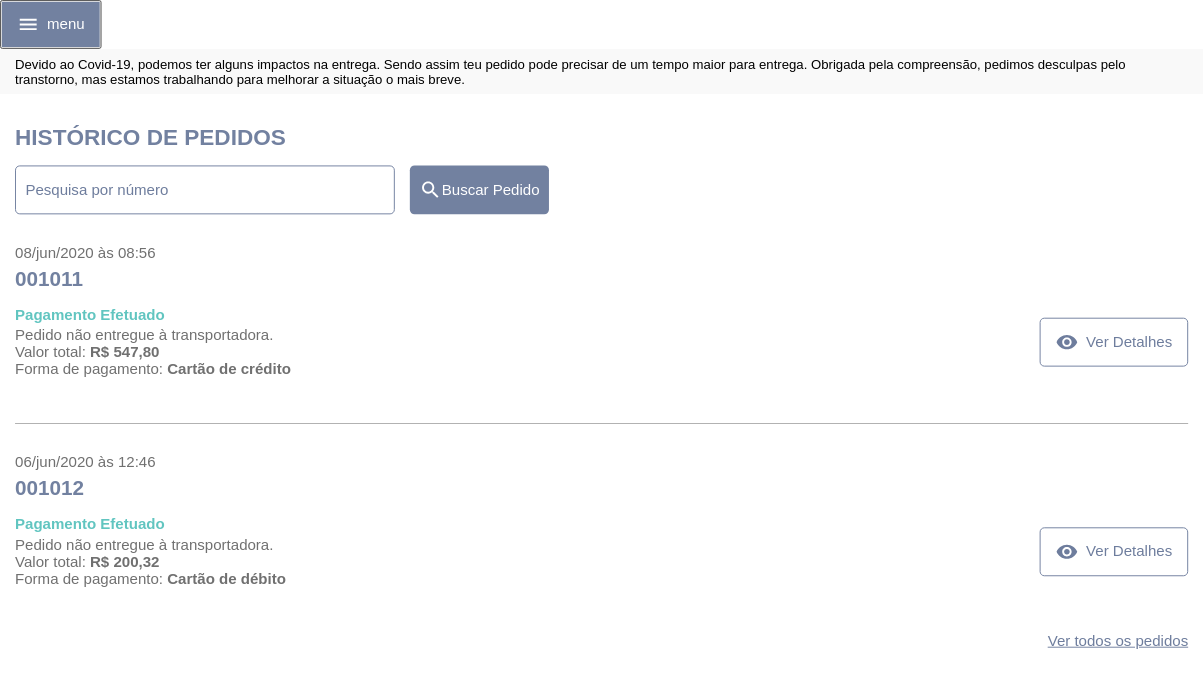
Repository: indiamarasiqueira/gestao-produto
Page: /
An editor plug-in stored every save of this project. The page is shown before and after a run of saves, followed by the edit.
The browser window is 1280 px wide. The pictures show the whole page, at 94% of full size.
The project was rebuilt for these pictures with package versions that can differ from the ones it lists, and the page was loaded fresh each time. Also part of the build but not shown: src/pages/generic/style.js, src/pages/generic/index.js, src/components/ModalMenu/index.js.

Above is the page before, as saved 2020-07-07 10:50:57.

### src/global.js
import { createGlobalStyle } from "styled-components";

const GlobalStyle = createGlobalStyle`
    * {
        margin: 0;
        padding: 0;
        outline: 0;
        box-sizing: border-box;
    }
   html, body, #root {
    margin: 0;
    padding: 0;
    font-family: 'Montserrat', sans-serif;
    -webkit-font-smoothing: antialiased;
    -moz-osx-font-smoothing: grayscale;
    background-color: #ffffff;
    }
`;
export default GlobalStyle;

### src/routes.js
import React from "react";
import { BrowserRouter, Switch, Route } from "react-router-dom";

import GenericPage from "./pages/generic";
import AppMenu from "./components/AppMenu";
import OrderHistory from "./pages/orderHistory";
import AlertCovid from "./components/AlertCovid";

export default function Routes() {
  return (
    <BrowserRouter>
      <Switch>
        <Route path="*">
          <AppMenu />
          <AlertCovid />
          <Route path="/perfil" exact component={() => <GenericPage title="Meu Perfil" />} />
          <Route path="/localizacao" exact component={() => <GenericPage title="Meus endereços" />} />
          <Route path="/favoritos" exact component={() => <GenericPage title="Lista de favoritos" />} />
          <Route path={["/", "/pedidos"]} exact component={OrderHistory} />
        </Route>
      </Switch>
    </BrowserRouter>
  );
}

### src/components/AppMenu/index.js
import React, { useState } from "react";
import { useHistory } from "react-router-dom";

import MenuIcon from "@material-ui/icons/Menu";
import LockOpenIcon from "@material-ui/icons/LockOpen";
import HistoryIcon from "@material-ui/icons/History";
import RoomOutlinedIcon from "@material-ui/icons/RoomOutlined";
import FavoriteBorderIcon from "@material-ui/icons/FavoriteBorder";
import CloseIcon from "@material-ui/icons/Close";

import ModalMenu from '../ModalMenu/index';

import {
  MenuMain,
  Button,
  BoxIcon,
  MainMenu,
  UserInfo,
  UserInfoName,
  UserInfoEmail,
  MenuList,
  MenuListItem,
  MenuIconImage
} from "./style";

const AppMenu = () => {
  const history = useHistory();
  const [show, showModal] = useState(false);
  const navigate = (route) => {
    history.push(route);
    showModal(false);
  }

  return (
    <MenuMain>
      <Button onClick={() => showModal(!show)}>
        <BoxIcon>{show ? <CloseIcon /> : <MenuIcon />}</BoxIcon>
        menu
      </Button>
      <ModalMenu show={show}>
        <MainMenu>
          <UserInfo>
            <UserInfoName>Caroline Melinda W Effting</UserInfoName>
            <UserInfoEmail>effting.caroline@gmail.com</UserInfoEmail>
          </UserInfo>
          <MenuList>
            <MenuListItem onClick={() => navigate("/perfil")}>
              <MenuIconImage>
                <LockOpenIcon />
              </MenuIconImage>
              <span className="menu-label">meu perfil</span>
            </MenuListItem>
            <MenuListItem onClick={() => navigate("/pedidos")}>
              <MenuIconImage>
                <HistoryIcon />
              </MenuIconImage>
              <span className="menu-label">histórico de pedidos</span>
            </MenuListItem>
            <MenuListItem onClick={() => navigate("/localizacao")}>
              <MenuIconImage>
                <RoomOutlinedIcon />
              </MenuIconImage>
              <span className="menu-label">meus endereços</span>
            </MenuListItem>
            <MenuListItem onClick={() => navigate("/favoritos")}>
              <MenuIconImage>
                <FavoriteBorderIcon />
              </MenuIconImage>
              <span className="menu-label">lista de favoritos</span>
            </MenuListItem>
          </MenuList>
        </MainMenu>
      </ModalMenu>
    </MenuMain>
  );
};
export default AppMenu;

### src/pages/orderHistory/index.js
import React, { Fragment, useState } from "react";

import BoxSearch from "../../components/BoxSearch/index";
import HeaderTitle from "../../components/HeaderTitle";
import Order from "../../components/Order/index";

const OrderHistory = () => {
  const [value, setValue] = useState("");
  const [query, setQuery] = useState("");
  const handleChange = (e) => setValue(e.target.value);

  const handleSubmit = (e) => {
    e.preventDefault();
    setQuery(value);
  };

  return (
    <Fragment>
      <HeaderTitle>HISTÓRICO DE PEDIDOS</HeaderTitle>
      <BoxSearch value={value} handleChange={handleChange} handleSubmit={handleSubmit} />
      <Order query={query} />
    </Fragment>
  );
};
export default OrderHistory;

### src/components/AlertCovid/index.js
import React from "react";

import { Alert } from './style';

const AlertCovid = () => {
  return (
    <Alert>
      Devido ao Covid-19, podemos ter alguns impactos na entrega. Sendo assim teu pedido pode precisar de um tempo maior
      para entrega. Obrigada pela compreensão, pedimos desculpas pelo transtorno, mas estamos trabalhando para melhorar
      a situação o mais breve.
    </Alert>
  );
};
export default AlertCovid;

### src/components/HeaderTitle/index.js
import React from "react";

import { Title } from "./style";

const HeaderTitle = (props) => {
  return <Title>{props.children}</Title>;
};
export default HeaderTitle;

### src/components/AppMenu/style.js
import styled from "styled-components";

export const MenuMain = styled.button`


`;
export const Button = styled.button`
  display: flex;
  align-items: center;
  justify-content: start;
  padding: 12px 16px;
  border: none;
  background: #7281A0;
  width: 100%;
  color: #ffffff;
  font-size: 16px;
  transition: all 0.2s ease-out;
  height: 48px;

  :hover{
    color: #7281A0;
    background: #F4F4F4;
  }
`;
export const BoxIcon = styled.div`
  display: inline-block;
  margin-right: 8px;
  height: 24px;
`;
export const MainMenu = styled.div`
  color: #717171;
  padding: 0 16px;
  border-bottom: 1px solid rgba(0, 0, 0, 0.3);
  position: fixed;
  top: 48px;
  left: 0;
  right: 0;
  bottom: 0;
  background: #fff;
`;

// User
export const UserInfo = styled.div`
  padding: 16px 0;
`;
export const UserInfoName = styled.p`
  margin-bottom: 8px;
`;
export const UserInfoEmail = styled.p``;
// Menu
export const MenuList = styled.nav``;

export const MenuListItem = styled.a`
  display: flex;
  align-items: center;
  padding: 16px 0;
  border-top: 1px solid rgba(0, 0, 0, 0.3);

  :hover{
    color: #707070;
    background: #F4F4F4;
  }
`;
export const MenuIconImage = styled.i`
  padding-left: 4px;
  padding-right: 16px;
`;

### src/components/BoxSearch/index.js
import React from "react";

import { Box, InputText, ButtonSearch } from "./style";
import SearchIcon from "@material-ui/icons/Search";

const BoxSearch = (props) => {
  return (
    <Box onSubmit={props.handleSubmit}>
      <InputText
        type="number"
        placeholder="Pesquisa por número"
        value={props.value}
        onChange={props.handleChange}
      />
      <ButtonSearch type="submit">
        <SearchIcon />
        <span className="search-text">Buscar Pedido</span>
      </ButtonSearch>
    </Box>
  );
};
export default BoxSearch;

### src/components/Order/index.js
import React, { useState } from "react";

import VisibilityIcon from "@material-ui/icons/Visibility";
import orderData from '../../db.json'

import {
  Empty,
  OrderList,
  OrderListItem,
  OrderDate,
  OrderId,
  OrderBox,
  OrderInfo,
  OrderStatus,
  ButtonOutline,
  OrderAll,
} from "./style";

const findOrder = (detail, query) => {
  const list = orderData.data;

  if (query){
    const regex = new RegExp(query);

    return list.filter(item => regex.test(item.id))
  }

  return detail ? orderData.data : orderData.data.slice(0, 2);
}


const Order = ({query}) => {
  const [detail, setDetail] = useState(false);
  const list = findOrder(detail, query)

  if (!list.length) {
    return <Empty>nenhum pedido encontrado :(</Empty>
  }

  return (
    <OrderList>
      {list.map((item, key) => (
        <OrderListItem key={key}>
          <OrderDate>{item.date}</OrderDate>
          <OrderId>{item.id}</OrderId>
          <OrderBox>
            <OrderInfo>
              <OrderStatus>{item.title}</OrderStatus>
              <p>
                {item.description}
                <br />
                Valor total: <b>R$ {item.price} </b>
                <br />
                Forma de pagamento: <b>{item.payment}</b>
              </p>
            </OrderInfo>
            <ButtonOutline>
              <VisibilityIcon />
              Ver Detalhes
            </ButtonOutline>
          </OrderBox>
        </OrderListItem>
      ))}
      {!detail && <OrderAll onClick={setDetail}>Ver todos os pedidos</OrderAll>}
    </OrderList>
  );
};
export default Order;

### src/components/AlertCovid/style.js
import styled from "styled-components";


// Main Page
export const Alert = styled.div`
  background: #f9f9f9;
  padding: 8px 16px;
  font-size: 14px;
`;

### src/components/HeaderTitle/style.js
import styled from "styled-components";

export const Title = styled.h1`
  color: #7281a0;
  padding: 16px;
  margin-top: 16px;
  font-weight: bold;
  font-size: 24px;
`;

### src/components/BoxSearch/style.js
import styled from "styled-components";

export const Box = styled.form`
  padding: 0 16px;
  display: flex;
  align-items: center;
  justify-content: space-between;
  max-width: 600px;

`;
export const InputText = styled.input`
  flex: 1;
  color: #7281a0;
  height: 52px;
  border-radius: 5px;
  border: 1px solid #6e7d9d;
  font-size: 16px;
  padding-left: 10px;

  ::placeholder {
    color: #6e7d9d;
  }
`;
export const ButtonSearch = styled.button`
  background: #7281a0;
  border-radius: 5px;
  height: 52px;
  border: none;
  margin-left: 16px;
  padding: 10px;
  color: #ffffff;
  font-size: 16px;
  display: flex;
  align-items: center;
  justify-content: center;

  @media all and (max-width: 600px){
    .search-text{
      display: none;
    }
  }
`;

### src/db.json
{
  "data": [
    {
      "id": "001011",
      "date": "08/jun/2020 às 08:56",
      "title": "Pagamento Efetuado",
      "description": "Pedido não entregue à transportadora.",
      "price": "547,80",
      "payment": "Cartão de crédito"

    },
    {
      "id": "001012",
      "date": "06/jun/2020 às 12:46",
      "title": "Pagamento Efetuado",
      "description": "Pedido não entregue à transportadora.",
      "price": "200,32",
      "payment": "Cartão de débito"
    },
    {
      "id": "001013",
      "date": "04/jun/2020 às 09:30",
      "title": "Pagamento Efetuado",
      "description": "Pedido não entregue à transportadora.",
      "price": "150,60",
      "payment": "Cartão de crédito"
    },
    {
      "id": "001014",
      "date": "29/mai/2020 às 17:30",
      "title": "Pagamento Efetuado",
      "description": "Pedido não entregue à transportadora.",
      "price": "83,58",
      "payment": "Cartão de débito"
    }
  ]

}

### src/components/Order/style.js
import styled from "styled-components";

export const Empty = styled.div`
  padding: 16px;
  color: #ccc;
  text-align: center;
`;
export const OrderList = styled.div`
  padding: 0 16px;
`;
export const OrderListItem = styled.div`
  padding: 32px 0;
  border-top: 1px solid rgba(0, 0, 0, 0.3);

  &:first-of-type {
    border-top-width: 0;
  }


`;
export const OrderDate = styled.p`
  color: #707070;
  font-size: 16px;
`;
export const OrderId = styled.p`
  padding-top: 6px;
  color: #7281a0;
  font-size: 22px;
  font-weight: bold;
`;
export const OrderBox = styled.div`

  @media all and (min-width: 600px){
    display: flex;
    align-items: center;
  }
`;
export const OrderInfo = styled.div`
  flex: 1;
  margin: 16px 0;
  color: #707070;

`;
export const OrderStatus = styled.p`
  color: #61c5c0;
  margin-bottom: 4px;
  font-weight: bold;
`;
export const ButtonOutline = styled.div`
  border-radius: 5px;
  border: 1px solid #6e7d9d;
  height: 52px;
  display: flex;
  align-items: center;
  justify-content: center;
  color: #6e7d9d;
  padding: 8px 16px;

  svg {
    margin-right: 8px;
  }
`;
export const OrderAll = styled.button`
  color: #6E7D9D;
  margin-bottom: 32px;
  background: none;
  border: none;
  text-decoration: underline;
  width: 100%;
  display: flex;
  align-items: center;
  justify-content: flex-end;
  font-size: 16px;
`;

### src/pages/orderHistory/style.js
import styled from "styled-components";

export const MenuMain = styled.button`

  @media all and (min-width: 600px) {
    display: grid;
    grid-template-columns: 1fr 1fr;
    height: 100%;
  }
`;

Loaded but not shown: public/index.html (common file); src/index.js (common file)

After the next 3 saves:
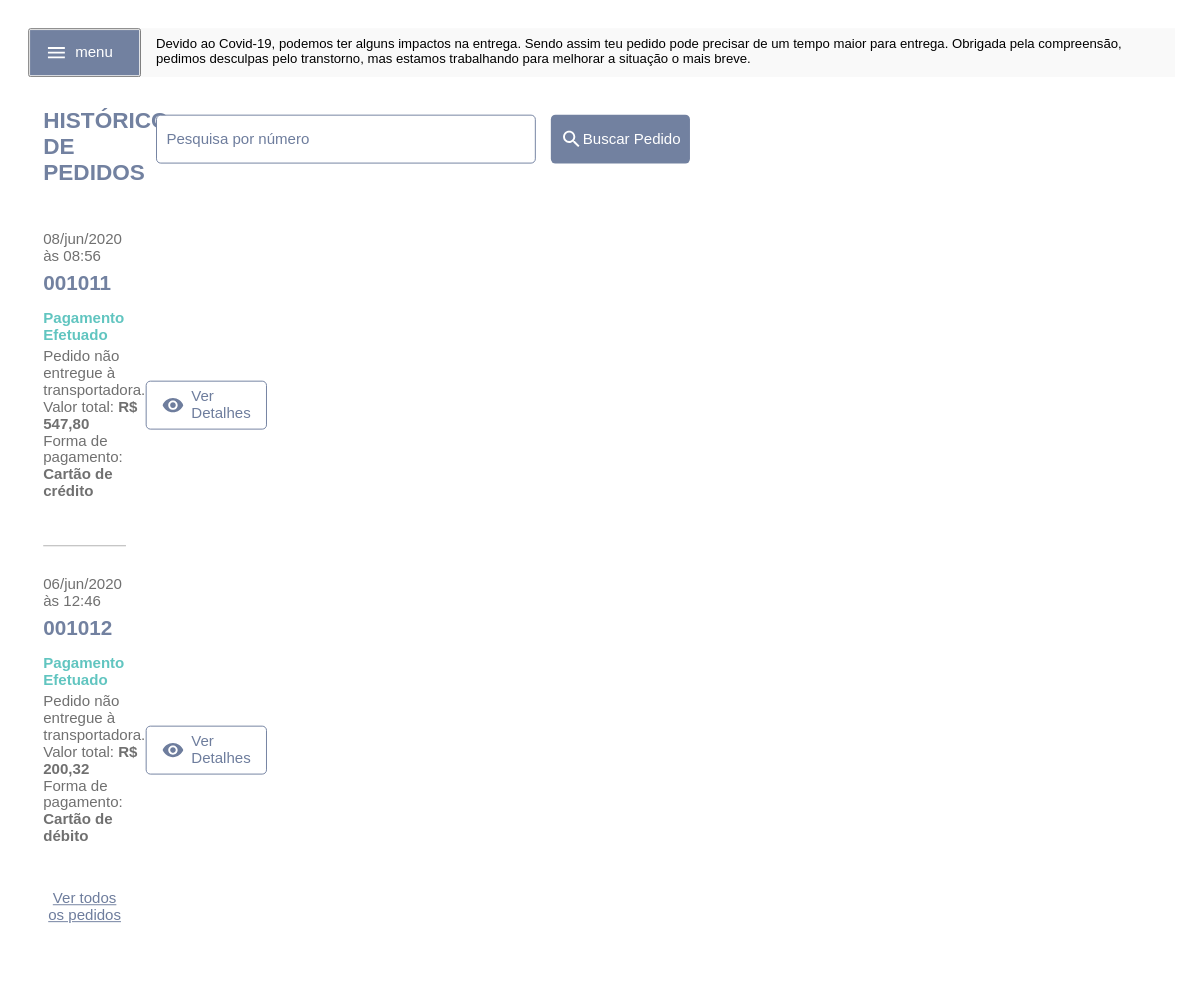
The 3 saves are shown as one change because 2 did not build or start.
The last was saved 5 min 52 s later.
--- a/src/routes.js
+++ b/src/routes.js
@@ -2,7 +2,7 @@ import React from "react";
 import { BrowserRouter, Switch, Route } from "react-router-dom";
 
 import GenericPage from "./pages/generic";
-import AppMenu from "./components/AppMenu";
+// import AppMenu from "./components/AppMenu";
 import OrderHistory from "./pages/orderHistory";
 import AlertCovid from "./components/AlertCovid";
 
@@ -11,8 +11,8 @@ export default function Routes() {
     <BrowserRouter>
       <Switch>
         <Route path="*">
-          <AppMenu />
-          <AlertCovid />
+          {/* <AppMenu />
+          <AlertCovid /> */}
           <Route path="/perfil" exact component={() => <GenericPage title="Meu Perfil" />} />
           <Route path="/localizacao" exact component={() => <GenericPage title="Meus endereços" />} />
           <Route path="/favoritos" exact component={() => <GenericPage title="Lista de favoritos" />} />
--- a/src/pages/orderHistory/index.js
+++ b/src/pages/orderHistory/index.js
@@ -1,8 +1,13 @@
 import React, { Fragment, useState } from "react";
 
+import { OrderMenu } from "./style";
+
+import AppMenu from '../../components/AppMenu'
+import AlertCovid from "../../components/AlertCovid";
+import HeaderTitle from "../../components/HeaderTitle";
 import BoxSearch from "../../components/BoxSearch/index";
-import HeaderTitle from "../../components/HeaderTitle";
 import Order from "../../components/Order/index";
+
 
 const OrderHistory = () => {
   const [value, setValue] = useState("");
@@ -15,11 +20,13 @@ const OrderHistory = () => {
   };
 
   return (
-    <Fragment>
+    <OrderMenu>
+      <AppMenu />
+      <AlertCovid />
       <HeaderTitle>HISTÓRICO DE PEDIDOS</HeaderTitle>
       <BoxSearch value={value} handleChange={handleChange} handleSubmit={handleSubmit} />
       <Order query={query} />
-    </Fragment>
+    </OrderMenu>
   );
 };
 export default OrderHistory;
--- a/src/pages/orderHistory/style.js
+++ b/src/pages/orderHistory/style.js
@@ -1,10 +1,17 @@
 import styled from "styled-components";
 
-export const MenuMain = styled.button`
+export const OrderMenu = styled.div`
+  display: grid;
+  justify-content: center;
+  grid-template-columns: 120px 2fr ;
+  padding: 30px;
+  box-sizing: border-box;
+  height: 100%;
 
-  @media all and (min-width: 600px) {
-    display: grid;
-    grid-template-columns: 1fr 1fr;
-    height: 100%;
+   @media all and ( max-width: 1250px) {
+    display: flex;
+    flex-direction: column;
+    width: 100%;
+    padding: 10px;
   }
 `;
